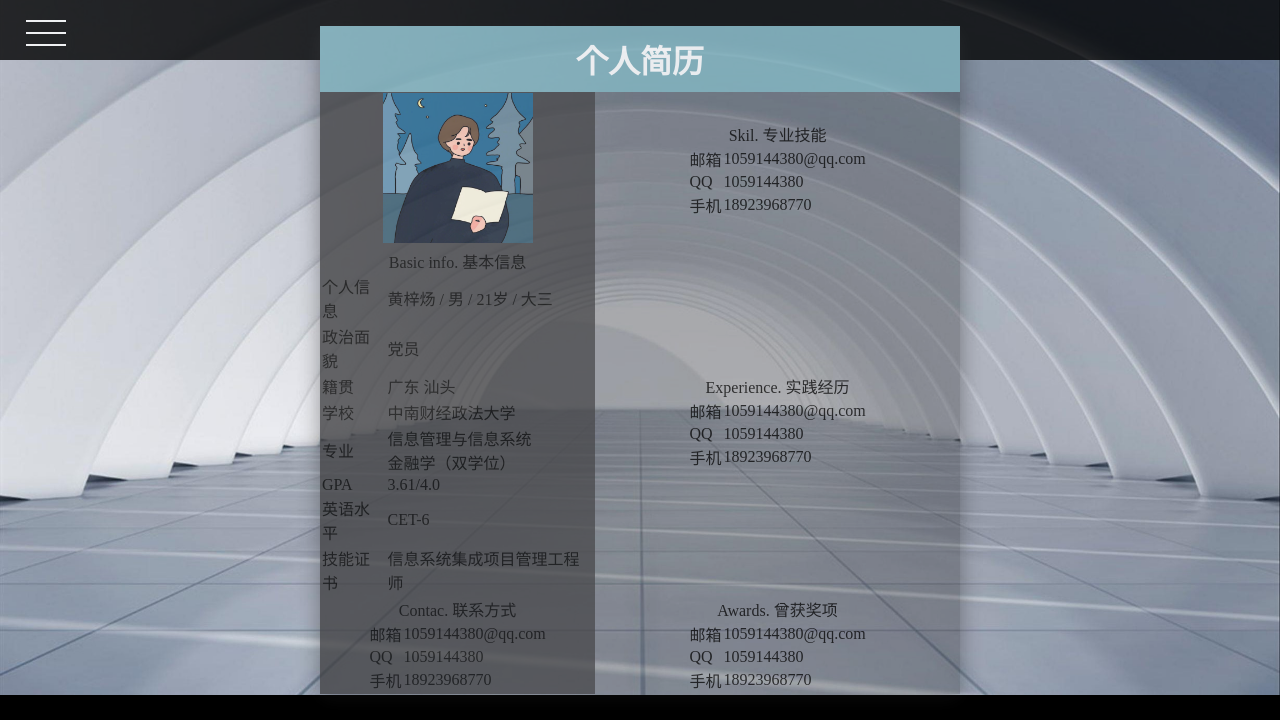
Repository: ustc-hzy/ziYang
Page: resume.html
The author's editor kept a copy of each file at every save. The page is drawn from the files as they stood at one save, then again after the next save.
The browser window is 1280 px wide. The pictures show the whole page.

Above is the page before, as saved 2020-06-18 16:47:10.

### resume.html
<!DOCTYPE html>
<html lang="en">
<head>
    <meta charset="UTF-8">
    <meta name="viewport" content="width=device-width, initial-scale=1.0">
    <link rel="stylesheet" href="css/style.css" type="text/css">
    <link rel="stylesheet" href="css/resume.css" type="text/css">
    <title>个人简历</title>
</head>
<body>
    <header>
        <!-- 主体内容 -->
        <div class="inner">
            <!-- 用于控制菜单栏开关 -->
            <input type="checkbox" id="ham">
            <!-- 菜单栏icon -->
            <label for="ham">
                <div class="hamburger-container">
                    <span></span>
                    <span></span>
                    <span></span>
                </div>
            </label>
            <!-- 菜单栏各项 -->
            <nav>
                <ul>
                    <li><a href="index.html">网站首页</a></li>
                    <li><a href="resume.html">个人简历</a></li>
                    <li><a href="album.html">旅行相册</a></li>
                    <li><a href="asset.html">PS作品集</a></li>
                    <li><a href="episode.html">剧集收藏</a></li>
                </ul>
            </nav>
            <!-- 打开菜单栏的遮罩 -->
            <div class="mask"></div>
        </div>

        <div class="content-container">
            <table>
                <caption class="table-title">个人简历</caption>
                <tr>
                    <td class="left-column" align="center">
                        <img src="img/user.png" width="150px">
                    </td>
                    <td class="right-column" align="center">
                        <table>
                            <caption class="small-table-title"><div>Skil. 专业技能</div></caption>
                            <tr>
                                <td>邮箱</td>
                                <td>1059144380@qq.com</td>
                            </tr>
                            <tr>
                                <td>QQ</td>
                                <td>1059144380</td>
                            </tr>
                            <tr>
                                <td>手机</td>
                                <td>18923968770</td>
                            </tr>
                        </table>
                    </td>
                </tr>
                <tr>
                    <td class="left-column" align="center">
                        <table>
                            <caption class="small-table-title"><div>Basic info. 基本信息</div></caption>
                            <tr>
                                <td>个人信息</td>
                                <td>黄梓炀 / 男 / 21岁 / 大三</td>
                            </tr>
                            <tr>
                                <td>政治面貌</td>
                                <td>党员</td>
                            </tr>
                            <tr>
                                <td>籍贯</td>
                                <td>广东 汕头</td>
                            </tr>
                            <tr>
                                <td>学校</td>
                                <td>中南财经政法大学</td>
                            </tr>
                            <tr>
                                <td>专业</td>
                                <td>
                                    <div>信息管理与信息系统</div>
                                    <div>金融学（双学位）</div>
                                </td>
                            </tr>
                            <tr>
                                <td>GPA</td>
                                <td>3.61/4.0</td>
                            </tr>
                            <tr>
                                <td>英语水平</td>
                                <td>CET-6</td>
                            </tr>
                            <tr>
                                <td>技能证书</td>
                                <td>信息系统集成项目管理工程师</td>
                            </tr>
                        </table>
                    </td>
                    <td class="right-column" align="center">
                        <table class="small-table-title">
                            <caption><div>Experience. 实践经历</div></caption>
                            <tr>
                                <td>邮箱</td>
                                <td>1059144380@qq.com</td>
                            </tr>
                            <tr>
                                <td>QQ</td>
                                <td>1059144380</td>
                            </tr>
                            <tr>
                                <td>手机</td>
                                <td>18923968770</td>
                            </tr>
                        </table>
                    </td>
                </tr>
                <tr>
                    <td class="left-column" align="center">
                        <table>
                            <caption class="small-table-title"><div>Contac. 联系方式</div></caption>
                            <tr>
                                <td>邮箱</td>
                                <td>1059144380@qq.com</td>
                            </tr>
                            <tr>
                                <td>QQ</td>
                                <td>1059144380</td>
                            </tr>
                            <tr>
                                <td>手机</td>
                                <td>18923968770</td>
                            </tr>
                        </table>
                    </td>
                    <td class="right-column" align="center">
                        <table class="small-table-title">
                            <caption><div>Awards. 曾获奖项</div></caption>
                            <tr>
                                <td>邮箱</td>
                                <td>1059144380@qq.com</td>
                            </tr>
                            <tr>
                                <td>QQ</td>
                                <td>1059144380</td>
                            </tr>
                            <tr>
                                <td>手机</td>
                                <td>18923968770</td>
                            </tr>
                        </table>
                    </td>
                </tr>
            </table>
        </div>
    </header>
</body>
</html>

### css/style.css
body {
    height: 100%;
    width: 100%;
    margin: 0 auto;
    padding: 0 0 ;
    background-color: #000000;
    background-image: url(../img/user_bg.jpg);
    background-repeat: no-repeat;
    background-size: cover;
    overflow: auto;
}
header{
    height: 60px;
    background-color: #000000;
    opacity: 0.8;
}
.inner{
    width: 96%;
    margin: auto;
}
#ham{
    display: none;
}
/* 当chexkbox选中时，改变第一条线 */
#ham:checked + label .hamburger-container span:nth-child(1){
    transform: rotate(45deg);
    top: 11px;
    transition: transform .3s ease-in-out, top .3s ease-in-out 3s;
}
/* 当chexkbox选中时，第二条线消失 */
#ham:checked + label .hamburger-container span:nth-child(2){
    opacity: 0;
}
/* 当chexkbox选中时，改变第三条线 */
#ham:checked + label .hamburger-container span:nth-child(3){
    transform: rotate(-45deg);
    top: -11px;
    transition: transform .3s ease-in-out, top .3s ease-in-out 3s;
}
.hamburger-container span:nth-child(2){
    margin-top: 10px;
    transition: opacity .1s ease-in-out .1s;
}
.hamburger-container span:nth-child(3){
    margin-top: 10px;
}
.hamburger-container{
    display: block;
    width: 40px;
    height: 40px;
    position: relative;
    top: 20px;
    z-index: 100;
}
.hamburger-container span{
    display: block;
    height: 2px;
    background-color: #fff;
    position: relative;
    transition: transform .3s ease-in-out, top .3s ease-in-out .3s;
}
nav{
    position: absolute;
    z-index: 100;
    color: #fff;
    top: 50px;
    transform: scaleY(0); /* 垂直方向缩小到0，即关闭 */
    transition: all .3s ease-in-out;
    transform-origin: 50% 0; /* 将中心点移到顶部 */
    opacity: 0; /* 渐入渐出效果 */
}
/* 当chexkbox选中时，展示nav */
#ham:checked ~ nav{
    transform: scaleY(1); /* 垂直方向扩大到1，即打开 */
    opacity: 1;
    transition: all .3s ease-in-out;
}
.mask {
    width: 100vw;
    height: 100vh;
    position: fixed;
    top: 0;
    left: 0;
    background: #000000;
    opacity: 0;
    z-index: 10; /* 防止遮住要显示的部分 */
    transform: scaleY(0);
    transform-origin: 50% 0;
    transition: all .3s ease-in-out;
}
#ham:checked ~ .mask{
    opacity: 1;
    transform: scaleY(1);
    transition: all .3s ease-in-out;
}
ul{
    position: relative;
    right: 40px;
    margin-top: 2em;
    list-style-type:none;
    font-size: 35px;
}
ul li{
    margin-top: 1em;
}
ul li:hover{
    transform: scale(1.2, 1.2); /* transform从元素中心开始变化，不会影响到其他元素 */
    /* background-color:  rgba(255,255,255,0.1);
    padding: 10px 20px; */
}
.content-container{
    position: absolute;
    top: 50%;
    left: 50%;
    transform: translate(-50%,-50%);
    z-index: 1;
    background-color: rgba(0,0,0,0.3); /* 此处使用opacity会让文字也变透明 */
    box-shadow: 0 5px 20px rgba(26,26,26,0.5);
}
.mid-name{
    color: #fff;
    font-size: 50px;
    border: 8px solid #fff;
    padding: 40px;
    text-align: center;
}
.mid-name .id{
    margin-top: 10px;
    font-size: 40px;
}
a{
    text-decoration: none;
    color: #ffffff;
}

### css/resume.css
table{
    border-spacing: 0;
}
.table-title{
    color: #ffffff;
    font-size: 32px;
    font-weight: bold;
    padding: 10px 0 ;
    background-color: #7cb0bb;
}
.left-column{
    width: 400px;
    background-color: #424244;#f3f3f5
}
.right-column{
    width: 600px;
    ackground-color: #f3f3f5;
}

After the next save:
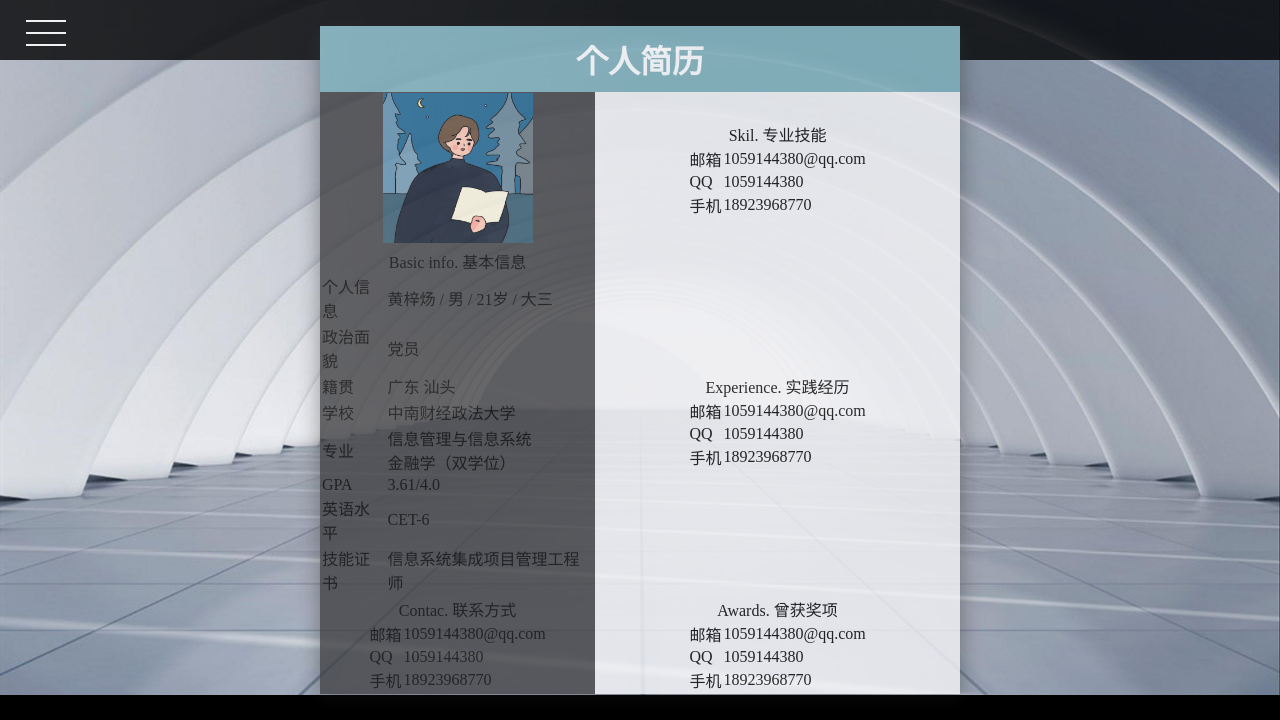
Saved 20 s later.
--- a/css/resume.css
+++ b/css/resume.css
@@ -10,9 +10,9 @@ table{
 }
 .left-column{
     width: 400px;
-    background-color: #424244;#f3f3f5
+    background-color: #424244;
 }
 .right-column{
     width: 600px;
-    ackground-color: #f3f3f5;
+    background-color: #f3f3f5;
 }
